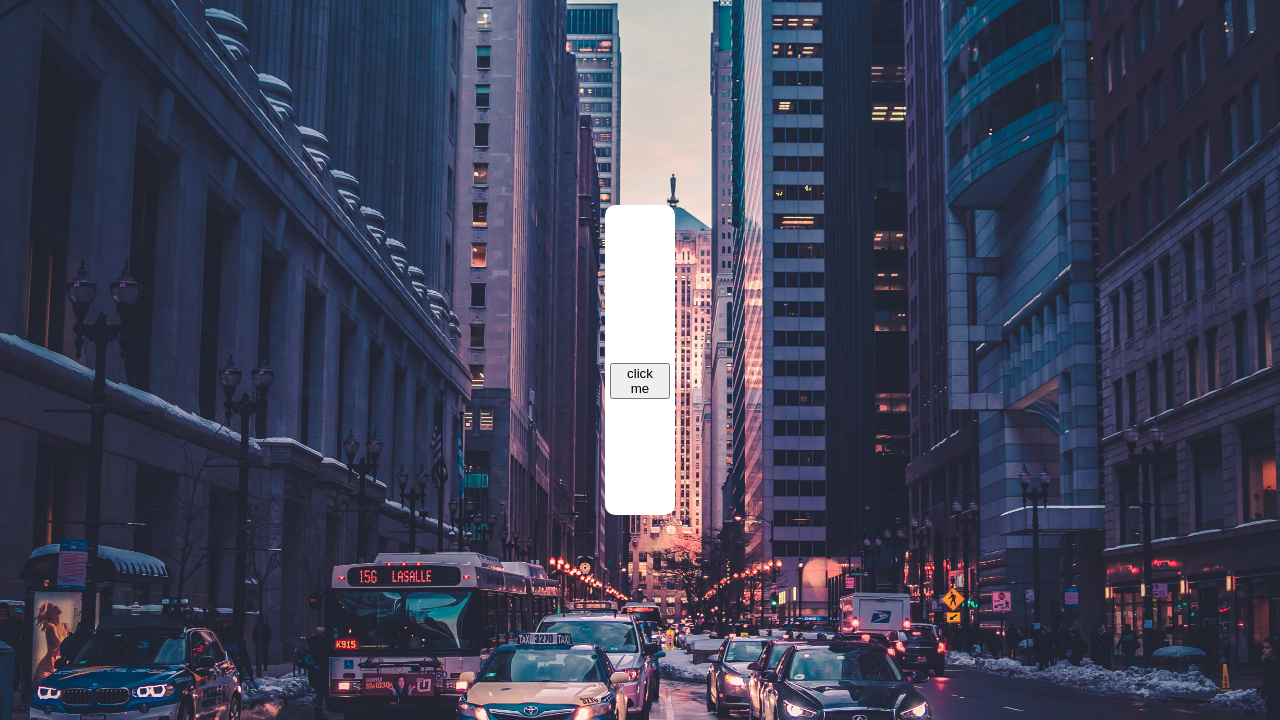
Repository: lamilekan263/random_advice
Page: /
An editor plug-in stored every save of this project. The page is shown before and after the next save, followed by the edit.
The browser window is 1280 px wide. The pictures show the whole page.
The page's requests for data from a server got no answer. The project was rebuilt for these pictures with package versions that can differ from the ones it lists, and the page was loaded fresh each time. No one was signed in, and anything a server would have sent is missing.

Above is the page before, as saved 2020-08-10 14:36:09.

After the next save:
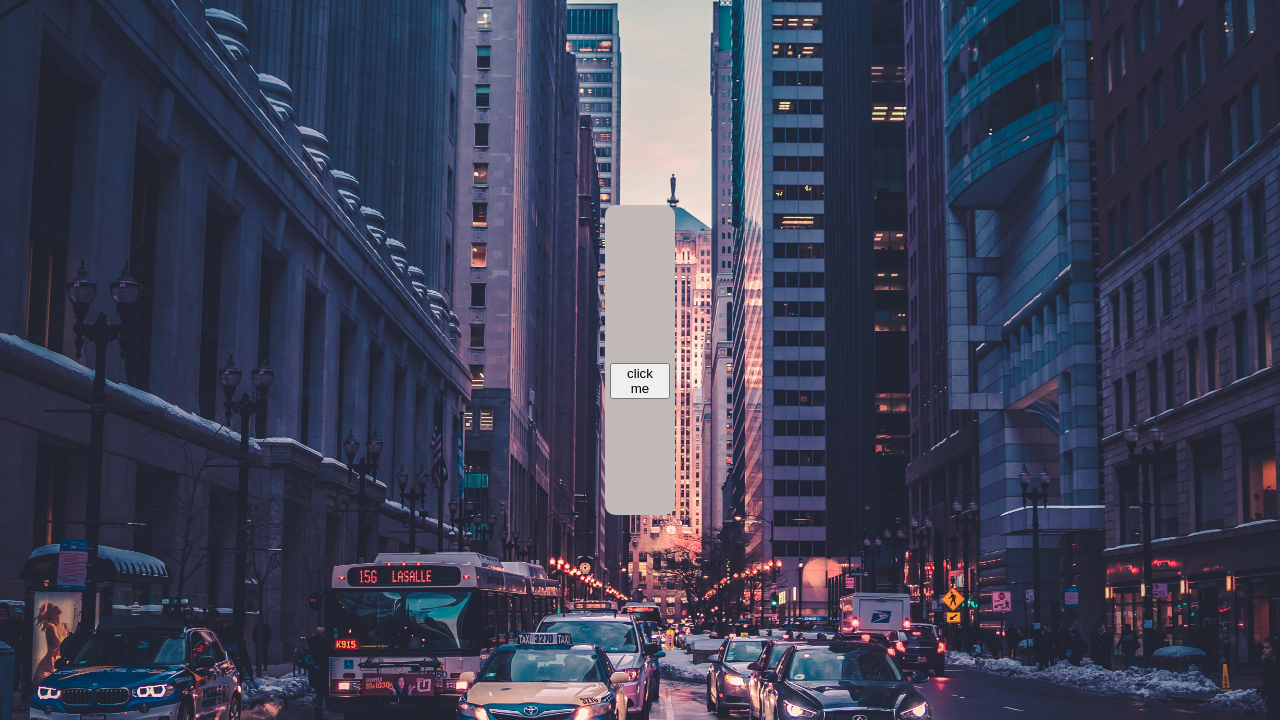
Saved 9 s later.
--- a/src/App.css
+++ b/src/App.css
@@ -16,7 +16,7 @@ body{
 .card{
   width:80%;
   margin: 0 auto;
-  background-color: white;
+  background-color: rgb(194, 185, 185);
   padding:5px;
   border-radius: 10px;
   height:300px;
